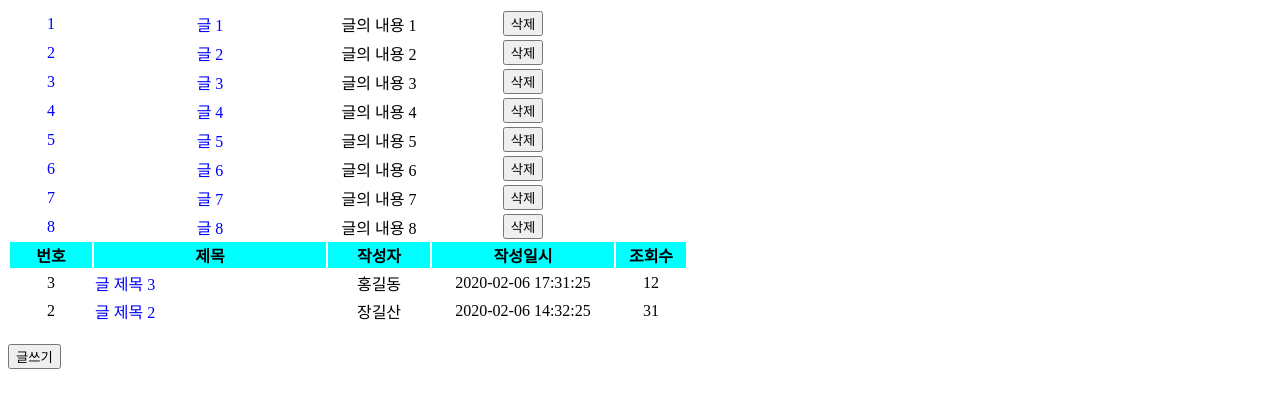
Repository: kdh2212/KDT_code
Page: http://localhost/20250807Web/boardList.jsp
These files come from the project's save history. The page is drawn as it stood at one moment and after the next save; the edit follows.
The browser window is 1280 px wide. The pictures show the whole page.
The page is served by Tomcat 9. Other server files are loaded and not shown. The database holds what the project's SQL file puts in it.

Above is the page before, as saved 2025-08-07 06:20:26.

### 20250807Web/src/main/webapp/boardList.jsp
<%@ page language="java" contentType="text/html; charset=UTF-8"
    pageEncoding="UTF-8"%>
<%@ page import="java.sql.*, javax.sql.*" %>

<!DOCTYPE html>
<html>
<head>
    <meta charset="UTF-8">
    <style>
        table     { width:680px; text-align:center; }
        th        { background-color:cyan; }

        .num      { width: 80px; }
        .title    { width:230px; }
        .writer   { width:100px; }
        .regtime  { width:180px; }

        a:link    { text-decoration:none; color:blue; }
        a:visited { text-decoration:none; color:gray; }
        a:hover   { text-decoration:none; color:red;  }
    </style>
</head>
<body>
<table>
<%
Connection conn = null;
Statement stmt = null;
ResultSet rs = null;
try {
    Class.forName("com.mysql.cj.jdbc.Driver");
    conn = DriverManager.getConnection("jdbc:mysql://localhost:3306/du08", "root", "1234");
    stmt = conn.createStatement();
    rs = stmt.executeQuery("SELECT * FROM board");
    while (rs.next()) {
    	String num = rs.getString("num");
    	String title = rs.getString("title");


%>
<tr>

		<td><a href="updForm.jsp?num=<%=num%>"><%=num %></a></td>
		<td><a href="boardUpdate.jsp?title=<%=title %>"><%=title %></a></td>
    	<td><%=rs.getString("content") %></td>
    	<td><button type="button" onclick="location.href='delete.jsp?num=<%=num %>'">삭제</button></td>
</tr>
<%
    }
} catch (SQLException e) {
    out.println("데이터베이스 오류: " + e.getMessage());
} catch (ClassNotFoundException e) {
    out.println("드라이버를 찾을 수 없습니다: " + e.getMessage());
} finally {
    try {
        if (rs != null) rs.close();
        if (stmt != null) stmt.close();
        if (conn != null) conn.close();
    } catch (SQLException e) {
        out.println("리소스를 닫는 도중 오류 발생: " + e.getMessage());
    }
}
%>

    <tr>
        <th class="num"    >번호    </th>
        <th class="title"  >제목    </th>
        <th class="writer" >작성자  </th>
        <th class="regtime">작성일시</th>
        <th                >조회수  </th>
    </tr>
    <tr>
        <td>3</td>
        <td style="text-align:left;">
            <a href="view.jsp?num=3">글 제목 3</a>
        </td>
        <td>홍길동</td>
        <td>2020-02-06 17:31:25</td>
        <td>12</td>
    </tr>
    <tr>
        <td>2</td>
        <td style="text-align:left;">
            <a href="view.jsp?num=3">글 제목 2</a>
        </td>
        <td>장길산</td>
        <td>2020-02-06 14:32:25</td>
        <td>31</td>
    </tr>
</table>
<br>
<input type="button" value="글쓰기" onclick="location.href='write.jsp'">

</body>
</html>

### 20250807Web/src/main/webapp/database.sql (the tables this page reads)
create table board (
    num     int          auto_increment primary key,
    writer  varchar(20),
    title   varchar(60),
    content text,
    regtime varchar(20),
    hits    int
);

insert into board values
    (1, '홍길동', '글 1', '글의 내용 1', '2017-07-30 10:10:11', 0),
    (2, '이순신', '글 2', '글의 내용 2', '2017-07-30 10:10:12', 0),
    (3, '강감찬', '글 3', '글의 내용 3', '2017-07-30 10:10:13', 0),
    (4, '김수로', '글 4', '글의 내용 4', '2017-07-30 10:10:14', 0),
    (5, '장길산', '글 5', '글의 내용 5', '2017-07-30 10:10:15', 0),
    (6, '김수로', '글 6', '글의 내용 6', '2017-07-30 10:10:16', 0),
    (7, '홍길동', '글 7', '글의 내용 7', '2017-07-30 10:10:17', 0),
    (8, '이순신', '글 8', '글의 내용 8', '2017-07-30 10:10:18', 0);

After the next save:
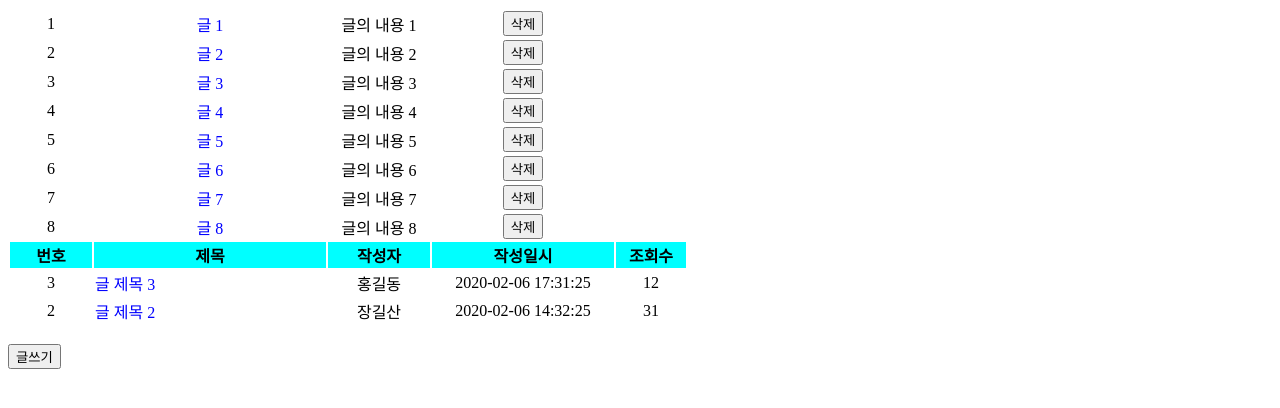
Saved 29 s later.
--- a/20250807Web/src/main/webapp/boardList.jsp
+++ b/20250807Web/src/main/webapp/boardList.jsp
@@ -39,7 +39,7 @@ try {
 %>
 <tr>
 
-		<td><a href="updForm.jsp?num=<%=num%>"><%=num %></a></td>
+		<td><%=rs.getString("num") %></td>
 		<td><a href="boardUpdate.jsp?title=<%=title %>"><%=title %></a></td>
     	<td><%=rs.getString("content") %></td>
     	<td><button type="button" onclick="location.href='delete.jsp?num=<%=num %>'">삭제</button></td>
